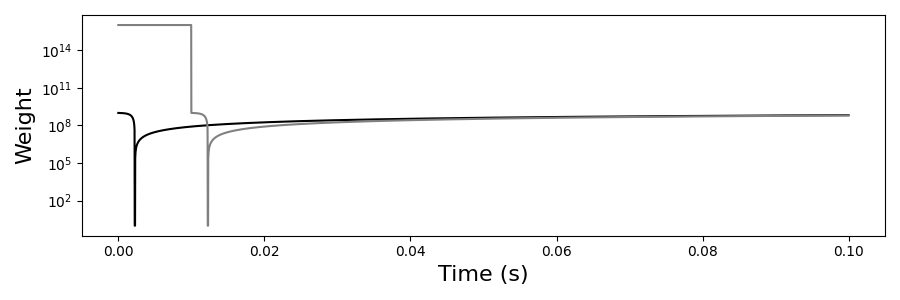
Repository: JamesBrooksPark/Sound-Field-Reproduction-Optimisation-Framework
Script's output: python FilterShapingVectorPlot.py
An editor plug-in stored every save of this project. The script's output is shown before and after a run of saves, followed by the edit.
Random numbers start from a fixed seed.

Above is the script's output before, as saved 2026-08-27 09:48:16.

### FilterShapingVectorPlot.py
import numpy as np; import matplotlib.pyplot as plt

from src.filter_designer.filter_helper import FIRShaper

Fs = 44100
delay = int(Fs*0.01)
I = 2**14
L = I+delay

plot_time = 0.1
plot_time_samples = int(plot_time * Fs)

x_1 = FIRShaper(L,I,0, '')
x_2 = FIRShaper(L,I,delay, '')

x1_cut = x_1[:plot_time_samples]
x2_cut = x_2[:plot_time_samples]


fig, (axes1) = plt.subplots(1, 1,figsize=(9,3))

t = [x / Fs for x in range(len(x1_cut))]

axes1.plot(t, x1_cut, color = 'black')
axes1.plot(t, x2_cut, color = 'grey')

axes1.set_ylabel("Weight", fontsize = 16)
axes1.set_xlabel("Time (s)", fontsize = 16)

axes1.set_yscale('log')
plt.tight_layout()
# plt.show()


plt.savefig('/Users/jamesbrookspark/Documents/03_PhD/02_Journals/03_RoomAugmentation/01_RoomAugmentation_Latex/Figures/weighting_plot.pdf')
# plt.show()

### src/filter_designer/filter_helper.py
import numpy as np


# === Configuration file loader ===
# ---------------------------------
import importlib
class ConfigLoader:
    def __init__(self, config_file_name=None):
        config = self.load_config(config_file_name)  # config_file_name can be None
        self.set_config_variables(config)

    def set_config_variables(self, config):
        """Set configuration variables as instance attributes."""
        for key, value in config.items():
            setattr(self, key, value)

    def load_config(self, config_file_name=None):
        """Load base config and optionally update it with another config."""


        if config_file_name:
            config = self.import_config_module(config_file_name)
        else:
            config = self.import_config_module('global_config')

        return config

    def import_config_module(self, config_module_name):
        """Import a Python config module and return its non-special variables."""
        try:
            config_module = importlib.import_module(f'src.{config_module_name}')
            return {key: value for key, value in vars(config_module).items() if not key.startswith('__')}
        except ModuleNotFoundError:
            raise ValueError(f"Configuration file '{config_module_name}.py' not found.")

# === RIR matrix formating ===
# ----------------------------
def MatrixFormatting(h_d,h_p):
    # Finding start and end points of RIR's
    J_p,[p_s,p_e] = MatrixSlicer(h_p)
    J_d,[d_s,d_e]= MatrixSlicer(h_d)

    # Selecting largest RIR length
    e = np.max([p_e,d_e])

    # Selecting first start point across target and playback RIR's
    s = np.min([p_s,d_s])

    # Calculating rir size
    J = e-s

    N = h_p.ndim
    pad_shape = (J,) + h_p.shape[1:]
    h_p_pad = np.zeros(pad_shape, dtype=h_p.dtype)

    len_p = J_p + (p_s - s)

    slice_p = [slice(0, len_p)] + [slice(None)] * (N - 1)
    slice_p_src = [slice(s, p_e)] + [slice(None)] * (N - 1)

    h_p_pad[tuple(slice_p)] = h_p[tuple(slice_p_src)]

    N = h_d.ndim
    pad_shape = (J,) + h_d.shape[1:]
    h_d_pad = np.zeros(pad_shape, dtype=h_d.dtype)

    len_d = J_d + (d_s - s)

    slice_d = [slice(0, len_d)] + [slice(None)] * (N - 1)
    slice_d_src = [slice(s, d_e)] + [slice(None)] * (N - 1)

    h_d_pad[tuple(slice_d)] = h_d[tuple(slice_d_src)]

    h_d_pad = np.asarray(h_d_pad, dtype=np.float32)
    h_p_pad = np.asarray(h_p_pad, dtype=np.float32)

    return h_d_pad,h_p_pad,J

# === Matrix slicing ===
# ----------------------
def MatrixSlicer(h):
    h_shape = np.shape(h)
    if np.size(h_shape) < 2: # If matrix only has 1 dimension eg. single source, single receiver:
        start = PeakFind(h) - 15
        end = DecayFind(h)

        J = end-start
        return J,[start,end]
    elif np.size(h_shape) <3: # If matrix only has two dimensions eg. multiple sources but for a single receiver:
        deltas = np.zeros([h_shape[1], 2])
        for ii in range(h_shape[1]):
            deltas[ii, 0] = PeakFind(h[:, ii]) - 15
            deltas[ii, 1] = DecayFind(h[:, ii])

        start = int(np.min(deltas[:, 0]))
        end = int(np.min(deltas[:, 1]))
        J = end - start # Length of FIR representation of the RIRs
        return J,[start,end]
    else:
        deltas = np.zeros([h_shape[1], h_shape[2], 2])
        for ii in range(h_shape[1]):
            for jj in range(h_shape[2]):
                deltas[ii, jj, 0] = PeakFind(h[:, ii, jj]) - 15
                deltas[ii, jj, 1] = DecayFind(h[:, ii, jj])

        start = int(np.min(deltas[:, :, 0]))
        end = int(np.min(deltas[:, :, 1]))
        J = end - start # Length of FIR representation of the RIRs
        return J,[start,end]
def DecayFind(h):
        early_decay_curve = np.cumsum(h[::-1] ** 2)[::-1] # Calculate early decay curve of RIR
        early_decay_curve = early_decay_curve / np.max(early_decay_curve) # Normalise early decay curve to 1

        cut = np.where(early_decay_curve <= 0.000001)[0][0] # Find the point where the EDC is at 0.0001%
        return cut
def PeakFind(h):
        h_length = np.size(h)
        h_max = np.max(h)
        for ii in range(h_length):
            if h[ii] > h_max * 0.6:
                return ii

# === Precedence delay calculation ===
# -----------------------------
def DelayCalculation(Fs, delay_time, h_p, h_s):
        def peak(h):
            max = np.max(h)
            for ii in range(np.size(h)):
                if h[ii] > max * 0.6:
                    return ii

        if h_p.ndim > 1:
            M = np.shape(h_p)[1]
            h_p_peak_vec = np.zeros(M)
            h_s_peak_vec = np.zeros(M)
            for m in range(M):
                h_p_peak_vec[m] = peak(h_p[:,m])
                h_s_peak_vec[m] = peak(h_s[:,m])
            h_p_peak = np.sum(h_p_peak_vec)/M
            h_s_peak = np.sum(h_s_peak_vec)/M

            delay_samples = Fs * delay_time
            delay = int(delay_samples + (h_p_peak - h_s_peak))
            return delay
        else:
            h_p_peak = peak(h_p)
            h2_p_peak = peak(h_s)

            delay_samples = Fs * delay_time
            delay = int(delay_samples + (h_p_peak - h2_p_peak))
            return delay

def FIRShaper(L, Fl, delay, type, normalisation = True):
    if L == Fl:
        Fl = Fl-delay
    z = np.zeros([3]) # Amplitudes
    z[0] = 10**16  # No energy
    z[1] = 1  # Max filter energy
    z[2] = 10**9  # taper energy

    d = np.zeros([4]) # section sizes
    d[0] = int(delay)# Delay
    d[1] = int(100)  # Attack
    d[2] = int(Fl-d[1])  # Filter length (-1 for max filter sample)
    if L != Fl:
        d[3] = int(L - np.sum(d[:3]))
    else:
        d[3] = 0

    shaper_vec_check(L,Fl,d)

    y = np.ones([L])

    y[: int(np.sum(d[:1]))] *= z[0]
    y[int(np.sum(d[:1])) : int(np.sum(d[:2]))] = exponential_space(z[2], z[1], d[1])
    y[int(np.sum(d[:2]))] *= z[1]
    y[int(np.sum(d[:2]))+1 : int(np.sum(d[:3]))] = exponential_space(z[1], z[2], d[2]-1)
    if d[3]> 0:
        y[int(np.sum(d[:3])): ] = z[0]

    if normalisation:
        # Calculate energy in weighting with no delay
        d = np.zeros([4]) # section sizes
        d[0] = 0
        d[1] = int(100)  # Attack
        d[2] = int(Fl-d[1])  # Filter length (-1 for max filter sample)
        if L != Fl:
            d[3] = int(L - np.sum(d[:3]))
        else:
            d[3] = 0

        shaper_vec_check(L,Fl,d)

        y_n = np.ones([L])

        y_n[: int(np.sum(d[:1]))] *= z[0]
        y_n[int(np.sum(d[:1])) : int(np.sum(d[:2]))] = exponential_space(z[2], z[1], d[1])
        y_n[int(np.sum(d[:2]))] *= z[1]
        y_n[int(np.sum(d[:2]))+1 : int(np.sum(d[:3]))] = exponential_space(z[1], z[2], d[2]-1)
        if d[3]> 0:
            y_n[int(np.sum(d[:3])): ] = z[0]

        no_delay_energy = np.sum(y_n**2)

        # Normalise filter based on weighting with no delay
        y *= no_delay_energy/np.sum(y**2)

    return y

def shaper_vec_check(L,Fl,d):
    if L < Fl:
            raise ValueError("FIRShaper: Actual filter length is greater than desired filter length")
    if sum(d) != L:
        print("desired length:")
        print(L)
        print("section lengths")
        print(d)
        raise ValueError("FIRShaper: Filter vector sections do not add up")

def exponential_space(start,stop,L):
    L = int(L)
    if stop > start:
            x = np.linspace(5,1,L)
            y = np.exp(x)
            # y = x**2
            y *= 1/max(y)
            y = 1-y
            y = y * (stop - start) + start

    elif start > stop:
            x = np.linspace(1,5,L)
            y = np.exp(x)
            # y = x**2
            y *= 1/max(y)
            y = y * (stop - start) + start

    return y

# === RIR matrix ===
# ------------------------------------------------------------
def rir_matrix(M, L, h, I, J):

    H = np.zeros([M * (J + I - 1), I * L], dtype=np.float32)
    for l in range(L):
        idx_l = slice(l * I, (l + 1) * I)
        for m in range(M):
            idx_m = slice(m * (J + I - 1), (m + 1) * (J + I - 1))

            H[idx_m, idx_l] = Toeplitz(h[:, l, m], I)

    return H

# === Toeplitz matrix creation ===
# --------------------------------
def Toeplitz(h, I=[]):
    J = np.size(h)
    if not I:
        I = J
    #  Create zero matrix
    H = np.zeros([J + I - 1, I], dtype=np.float32)
    # H = np.zeros([J + I - 1, I])
    for i in range(I):
        idx = slice(i, np.min([(i + J - 1), J + I - 1]))
        idx2 = slice(i - i, np.min([(i + J - 1), J + I - 1]) - i)
        H[idx, i] = h[idx2]
    return H

# === Time frequency matrix ===
# ------------------------------------------------------------
def time_frequency_matrix(H,M,J,I,NFFT):
    H_reshaped = H.reshape(M, (J + I - 1), -1)  # (M, J+I-1, L*I)
    H_fft = np.fft.fft(H_reshaped, n=NFFT, axis=1).astype(np.complex64)
    H_ = H_fft.reshape(M * NFFT, -1)  # (M*NFFT, L*I)

    return H_

# === gamma function crossover ===
# ------------------------------------------------------------
def gamma_crossover_vector(NFFT, Fs, Hz, vals):

    sigma = 0.01
    gamma = np.ones((NFFT))
    Freqs = np.fft.fftfreq(NFFT, d=1/Fs)
    gamma[:NFFT//2] = vals[0] + ((vals[1]-vals[0])/(1+np.exp(-(sigma/2*np.pi)*(Freqs[:NFFT//2]-Hz))))
    gamma[NFFT//2:] = vals[1]

    return gamma

# === Target vector ===
# ------------------------------------------------------------
def target_vector(h_d, NFFT, M, modelling_delay):
    # Creating target vector
    if M == 1:
        p_target = np.concat([np.zeros([modelling_delay]), h_d])
        P_target = np.fft.fft(p_target, NFFT).astype(np.complex64)
    else:
        P_target = np.zeros([M * NFFT],dtype=np.complex64)
        for m in range(M):
            idx = slice(m * NFFT, (m + 1) * NFFT)
            p_target = np.concat([np.zeros([modelling_delay]), h_d[:, m]])
            P_target[idx] = np.fft.fft(p_target, NFFT)
    return P_target

After the next 2 saves:
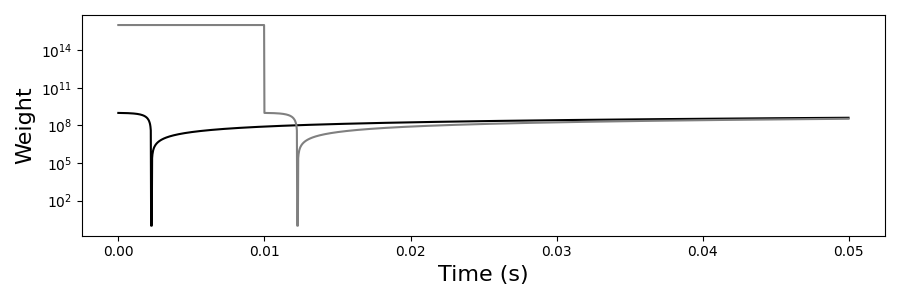
The 2 saves are shown as one change because they came seconds apart.
The last was saved 14 s later.
--- a/FilterShapingVectorPlot.py
+++ b/FilterShapingVectorPlot.py
@@ -7,7 +7,7 @@ delay = int(Fs*0.01)
 I = 2**14
 L = I+delay
 
-plot_time = 0.1
+plot_time = 0.05
 plot_time_samples = int(plot_time * Fs)
 
 x_1 = FIRShaper(L,I,0, '')
